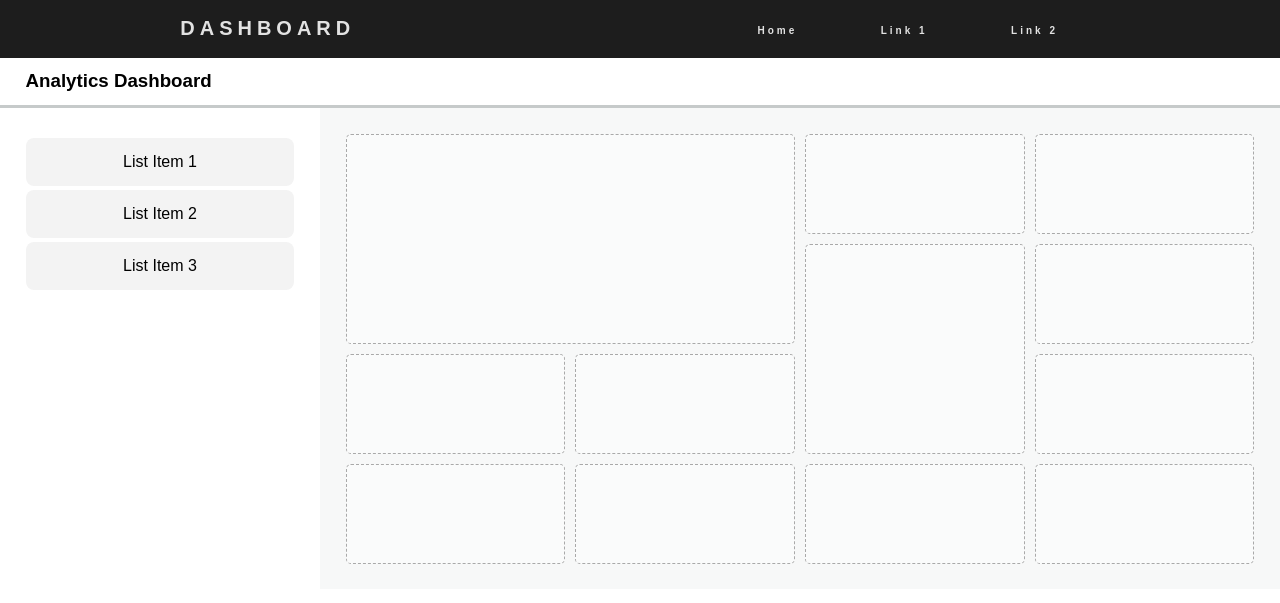
Repository: nourabdelhakam/drag-drop
Page: index.html
An editor plug-in stored every save of this project. The page is shown before and after the next save, followed by the edit.
The browser window is 1280 px wide. The pictures show the whole page.

Above is the page before, as saved 2020-07-03 11:45:40.

### index.html
<!DOCTYPE html>
<html lang="en">
<head>
    <meta charset="UTF-8">
    <meta name="viewport" content="width=device-width, initial-scale=1.0">
    <meta http-equiv="X-UA-Compatible" content="ie=edge">
    <title>Drag & Drop</title>
    <link rel="stylesheet" href="nav/nav.css">
    <link rel="stylesheet" href="css/main.css">
</head>
<body>

    <!-- <nav> -->
        <nav>
            <div class="logo">
                <h4>Dashboard</h4>
            </div>
            <ul class="nav-links">
                <li><a href="">Home</a></li>
                <li><a href="">Link 1</a></li>
                <li><a href="">Link 2</a></li>
            </ul>
            <div class="burger">
                <div class="line1"></div>
                <div class="line2"></div>
                <div class="line3"></div>
            </div>
        </nav>
      <!-- </nav> end of nav -->

      <section>
          <h3>Analytics Dashboard</h3>
          <div class="container">
            <div class="left">
                <div class="list">
                    <div class="list-item" draggable="true">List Item 1</div>
                    <div class="list-item" draggable="true">List Item 2</div>
                    <div class="list-item" draggable="true">List Item 3</div>
                </div>
              </div>
              <div class="right">
                  <div class="wrapper">
                    <div class="list"></div>
                    <div class="list"></div>
                    <div class="list"></div>
                    <div class="list"></div>
                    <div class="list"></div>
                    <div class="list"></div>
                    <div class="list"></div>
                    <div class="list"></div>
                    <div class="list"></div>
                    <div class="list"></div>
                    <div class="list"></div>
                    <div class="list"></div>
                  </div>
              </div>
          </div>
      </section>

    <script src="main.js" type="text/javascript"></script>
    <script src="nav/nav.js" type="text/javascript"></script>
</body>
</html>

### nav/nav.css
nav {
    display: flex;
    justify-content: space-around;
    align-items: center;
    min-height: 8vh;
    background-color: #1D1D1D;
    font-family: "Poppins", sans-serif;
}
.logo {
    color: rgb(226, 226, 226);
    text-transform: uppercase;
    letter-spacing: 5px;
    font-size: 20px;
}
.nav-links {
    display: flex;
    justify-content: space-around;
    width: 30%;
}
.nav-links li {
    list-style: none;
}
.nav-links a {
    color: rgb(226, 226, 226);
    text-decoration: none;
    letter-spacing: 3px;
    font-weight: bold;
    font-size: 10px;
}
.burger {
    display: none;
    cursor: pointer;
}
.burger div {
    width: 25px;
    height: 3px;
    background-color: rgb(226, 226, 226);
    margin: 5px;
    transition: all 0.3s ease;
}


@media screen and (max-width:1024px) {
    .nav-links {
        width: 60%;
    }
}

@media screen and (max-width:768px) {

    body {
        overflow-x: hidden;
    }
    .nav-links {
        position: absolute;
        right: 0px;
        height: 92vh;
        top: 8vh;
        background-color: #1D1D1D;
        display: flex;
        flex-direction: column;
        align-items: center;
        width: 50%;
        transform: translatex(100%);
        transition: transform 0.5s ease-in;
    }
    .nav-links li {
        opacity: 0;
    }
    .burger {
        display: block;
    }
}

.nav-active {
    transform: translatex(0%);
}

@keyframes navLinkFade {
    from {
        opacity: 0;
        transform: translatex(50%);
    }
    to {
        opacity: 1;
        transform: translatex(0%);
    }
}

.toggle .line1 {
    transform: rotate(-45deg) translate(-5px, 6px);
}
.toggle .line2 {
    opacity: 0;
}
.toggle .line3 {
    transform: rotate(45deg) translate(-5px, -6px);
}

.landing {
    height: 90vh;
    display: flex;
    justify-content: center;
    align-items: center;
}
.landing h1 {
    margin: 100px;
    font-size: 50px;
    color: #ae5fce;
}

### css/main.css
* {
    margin: 0;
    padding: 0;
    box-sizing: border-box;
}
body {
    font-family: Arial, Helvetica, sans-serif;
}
h3 {
    padding: 1% 2%;
}
.container {
    border-top: 3px solid rgb(198, 202, 202);
}
.left {
    width: 25%;
    height: 100%;
    float: left;
    padding: 2%;
}
.right {
    width: 75%;
    height: 100%;
    float: left;
    padding: 2%;
    background-color: #F7F8F8;
}

.list-item {
    background-color: #F3F3F3;
    border-radius: 8px;
    padding: 15px 20px;
    text-align: center;
    margin: 4px 0;
}

.wrapper > div {
    border: 1px dashed darkgrey;
    border-radius: 5px;
    background-color: #FAFBFB;
    padding: 1em;
}
.wrapper {
  display: grid;
  grid-template-columns: repeat(4, 1fr);
  grid-auto-rows: 100px;
  grid-gap: 10px;
}
 .wrapper div:nth-child(2) {
   grid-column: 3;
   grid-row: 2 / 4;
}
 .wrapper div:nth-child(5) {
   grid-column: 1 / 3;
   grid-row: 1 / 3;
}

### main.js
const list_items = document.querySelectorAll('.list-item');
const lists = document.querySelectorAll('.list');

let draggedItem = null;

for (let i = 0; i < list_items.length; i++) {
	const item = list_items[i];

	item.addEventListener('dragstart', function () {
		draggedItem = item;
		setTimeout(function () {
			item.style.display = 'none';
		}, 0)
	});

	item.addEventListener('dragend', function () {
		setTimeout(function () {
			draggedItem.style.display = 'block';
			draggedItem = null;
		}, 0);
	})

	for (let j = 0; j < lists.length; j ++) {
		const list = lists[j];

		list.addEventListener('dragover', function (e) {
			e.preventDefault();
		});

		list.addEventListener('dragenter', function (e) {
			e.preventDefault();
			this.style.backgroundColor = '#F9FDFF';
		});

		list.addEventListener('dragleave', function (e) {
			this.style.backgroundColor = '#FFFFFF';
		});

		list.addEventListener('drop', function (e) {
			console.log('drop');
			this.append(draggedItem);
			this.style.backgroundColor = 'rgba(0, 0, 0, 0.1)';
		});
	}
}

### nav/nav.js
const navSlide = () => {
    const burger = document.querySelector('.burger');
    const nav = document.querySelector('.nav-links');
    const navLinks = document.querySelectorAll('.nav-links li');


    burger.addEventListener('click', () => {

        //Toggle Nav
        nav.classList.toggle('nav-active');

        //Animate Links
        navLinks.forEach((link, index) => {

            if (link.style.animation) {
                link.style.animation = '';
            } else {
                link.style.animation = `navLinkFade 0.5s ease forwards ${index / 7 + 0.3}s`;
            }

        });

        //Burger Animation
        burger.classList.toggle('toggle');
    });

}

navSlide();

After the next save:
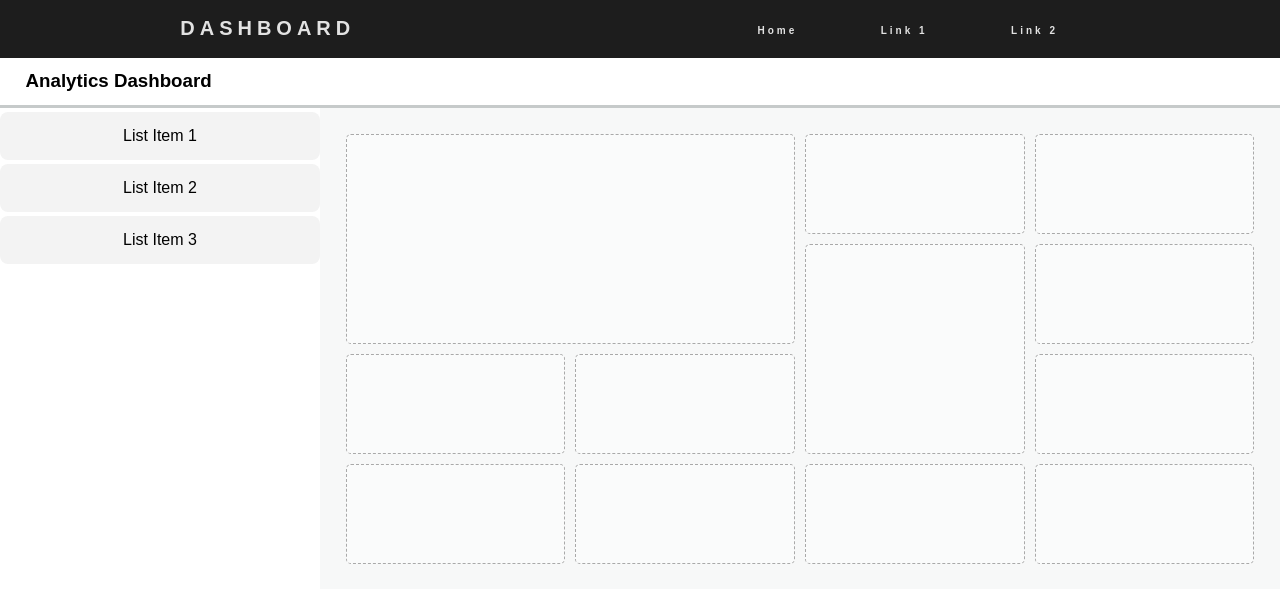
Saved 93 s later.
--- a/css/main.css
+++ b/css/main.css
@@ -16,7 +16,7 @@ h3 {
     width: 25%;
     height: 100%;
     float: left;
-    padding: 2%;
+
 }
 .right {
     width: 75%;

After the save that followed:
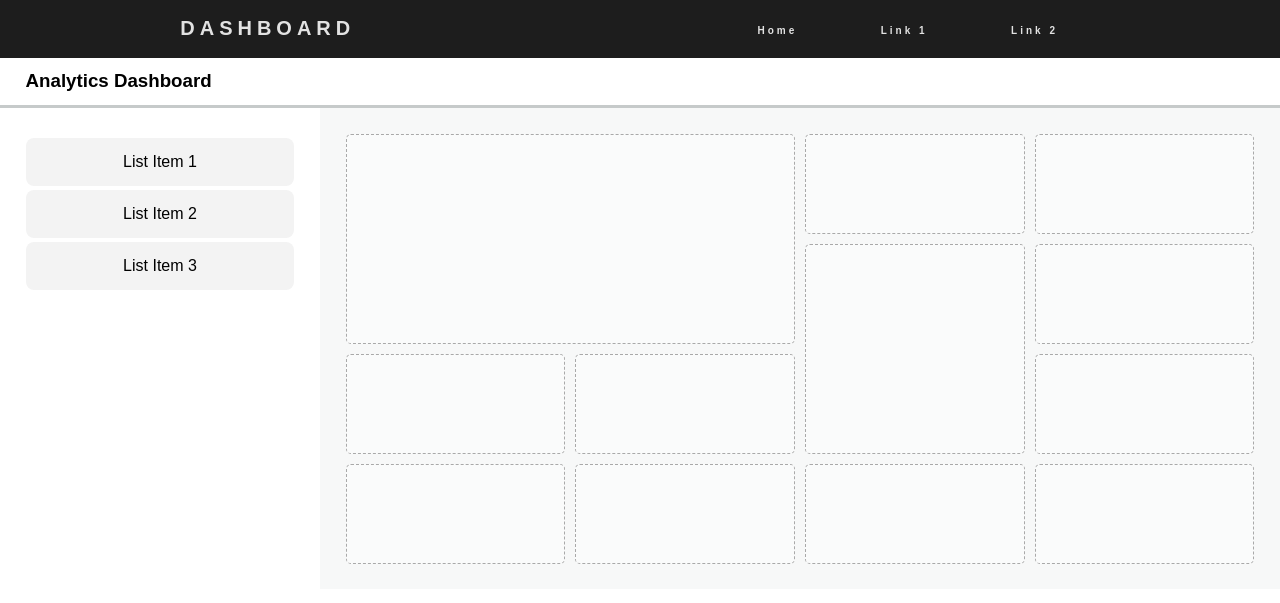
Saved 4 s later.
--- a/css/main.css
+++ b/css/main.css
@@ -16,7 +16,7 @@ h3 {
     width: 25%;
     height: 100%;
     float: left;
-
+    padding: 2%;
 }
 .right {
     width: 75%;
